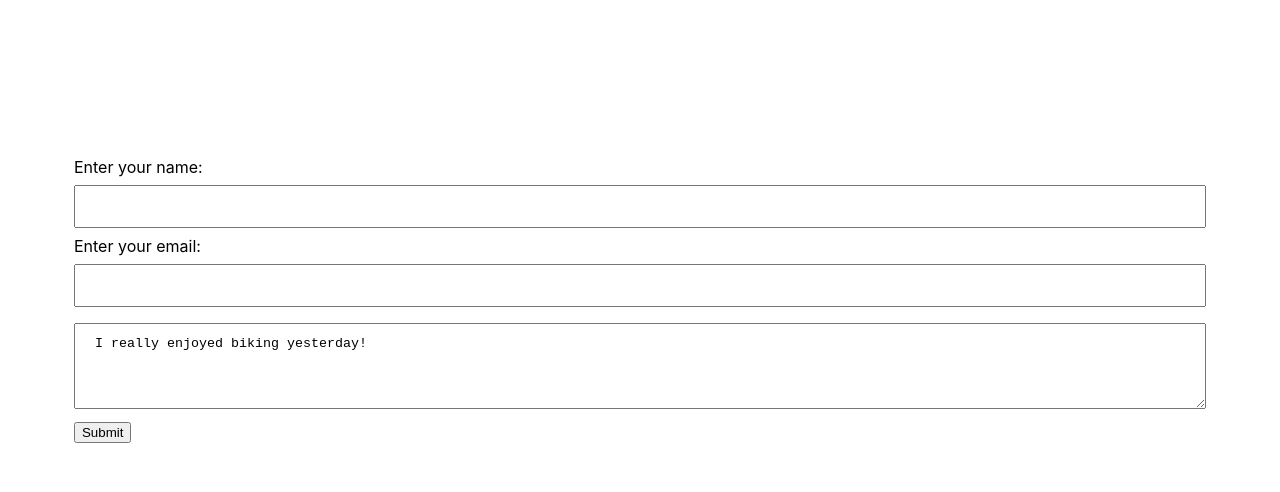
Repository: AddamVictorioDev/ProfileWebsite
Page: /form (app in con/)
The author's editor kept a copy of each file at every save. The page is drawn from the files as they stood at one save, then again after the next save.
The browser window is 1280 px wide. The pictures show the whole page.
The project was rebuilt for these pictures with package versions that can differ from the ones it lists, and the page was loaded fresh each time. Also part of the build but not shown: con/src/App.css, con/src/home.css, con/src/home.js, con/src/addam.css, con/src/addam.js, con/src/usescripts.js, con/src/projects.js.

Above is the page before, as saved 2023-03-16 18:44:27.

After the next save:
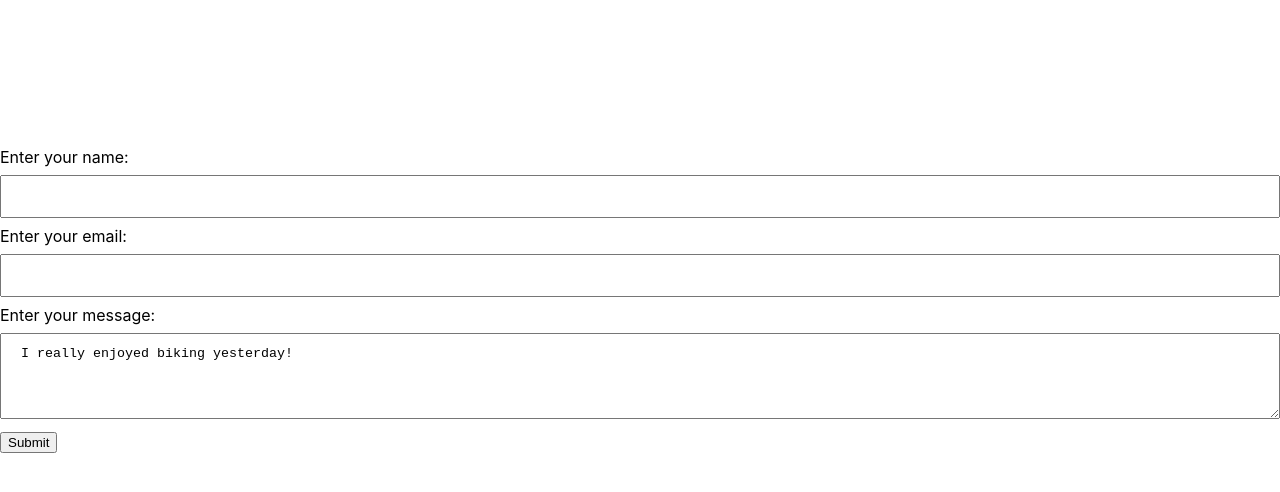
Saved 70 s later.
--- a/con/src/form.js
+++ b/con/src/form.js
@@ -38,12 +38,15 @@ function MyForm() {
           onChange={handleChange}
         />
         </label>
+        <label>Enter your message:
         <textarea
         name="postContent"
         defaultValue="I really enjoyed biking yesterday!"
         rows={4}
         cols={40}
       />
+        </label>
+
         <input type="submit" />
     </form>
     </div>
